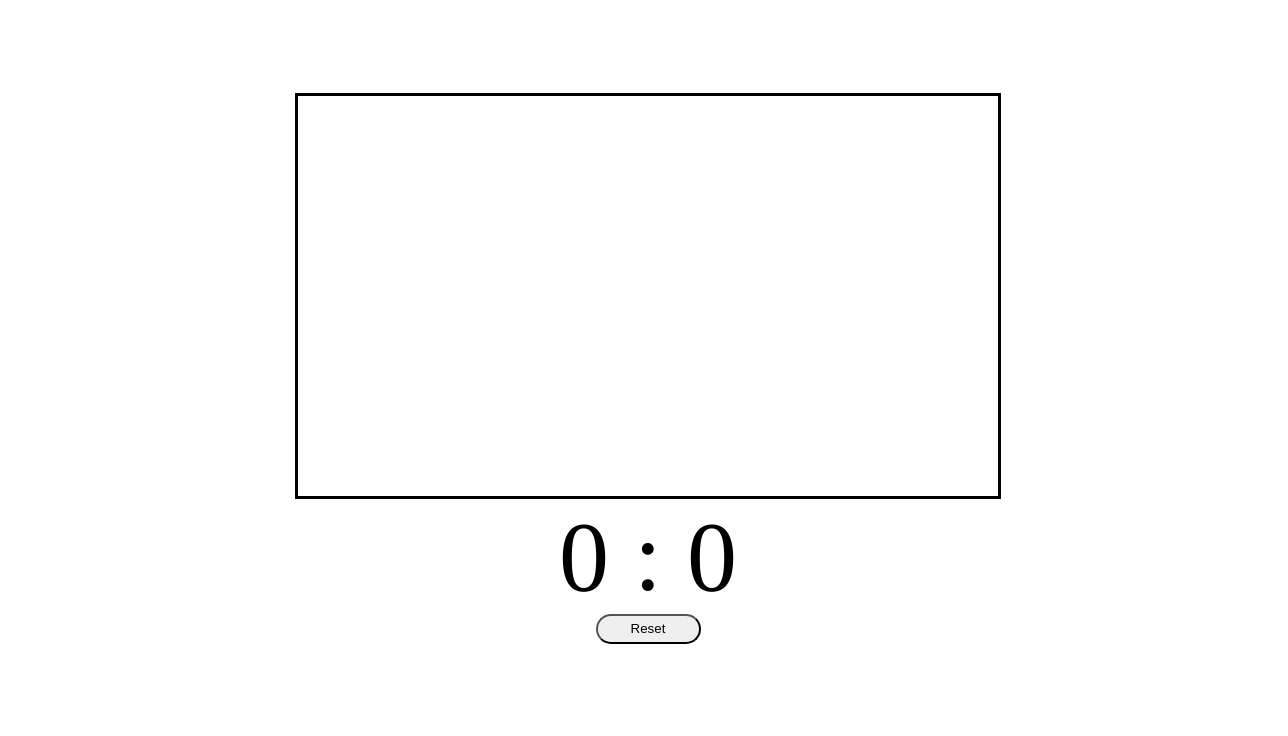
Repository: zacheys123/ping-pong
Page: index.html
The author's editor kept a copy of each file at every save. The page is drawn from the files as they stood at one save, then again after the next save.
The browser window is 1280 px wide. The page is 1288 px wide, so the pictures cover 1288 px, including what lies to the right of the window. The pictures show the whole page.

Above is the page before, as saved 2023-06-30 23:05:04.

### index.html
<html lang="en">
	<head>
		<meta charset="UTF-8" />
		<meta http-equiv="X-UA-Compatible" content="IE=edge" />
		<meta
			name="viewport"
			content="width=device-width, initial-scale=1.0"
		/>
		<title>Ping pong</title>
		<link rel="stylesheet" href="style.css" />
	</head>
	<body>
		<div id="gamecontainer">
			<canvas id="gameboard"></canvas>
			<div id="scoretext">0 : 0</div>
			<button id="resetbutton">Reset</button>
		</div>

		<script src="index.js"></script>
	</body>
</html>

### style.css
body {
	display: flex;
	justify-content: center;
	align-items: center;
	position: relative;
	width: 100vw;
	height: 100vh;
}
#gamecontainer {
	position: absolute;
	width: 100%;
	text-align: center;
}
#gameboard {
	border: 3px solid;
}
#scoretext {
	font-family: 'consolas' cursive;
	font-size: 100px;
}
#resetbutton {
	font-family: 'monospace' cursive;
	border-radius: 15px;
	cursor: pointer;
	width: 105px;
	height: 30px;
}

### index.js
const canvas = document.querySelector('#gameboard');
const ctx = canvas.getContext('2d');
const scoreText = document.querySelector('#scoretext');
canvas.width = 700;
canvas.height = 400;
const gamewidth = canvas.width;
const gameheight = canvas.height;
const resetbutton = document.querySelector('#resetbutton');
const paddle1color = 'lightblue';
const paddle2color = 'red';
const gameColor = 'forestgreen';

After the next save:
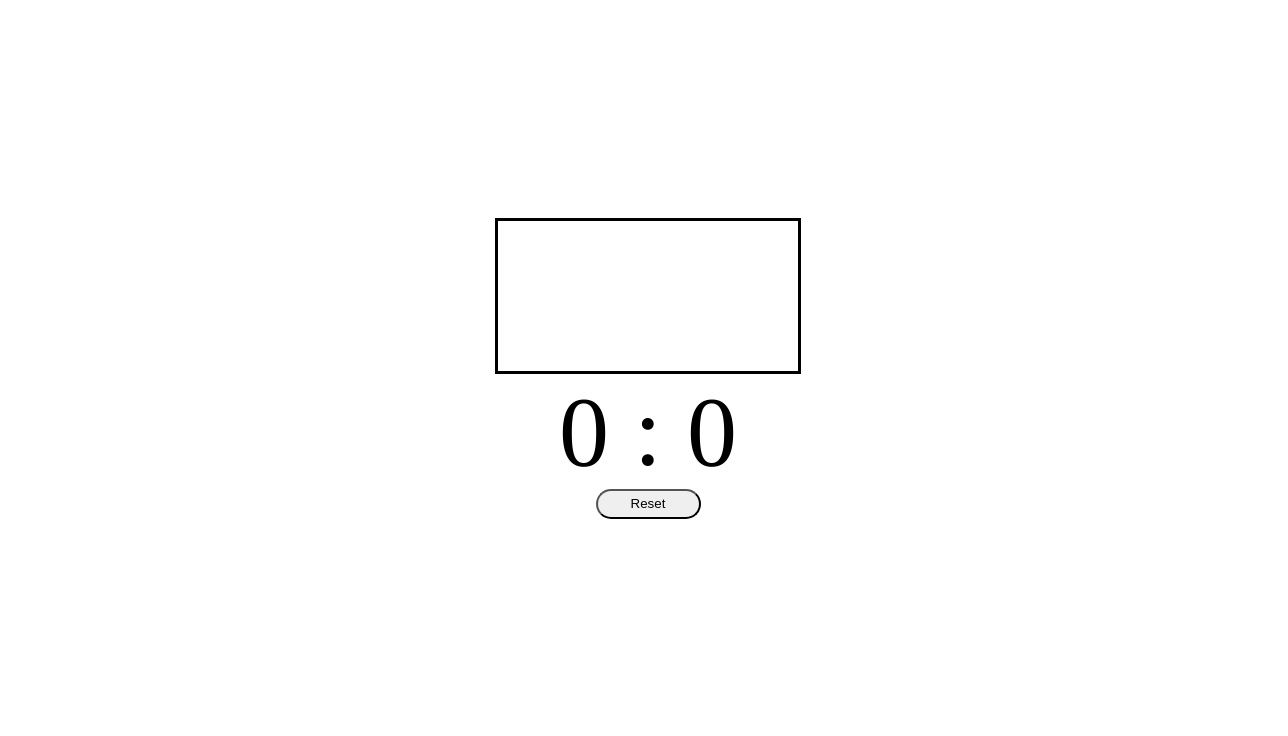
Console error: SyntaxError: Unexpected end of input
Saved 6 min 9 s later.
--- a/index.js
+++ b/index.js
@@ -9,3 +9,4 @@ const resetbutton = document.querySelector('#resetbutton');
 const paddle1color = 'lightblue';
 const paddle2color = 'red';
 const gameColor = 'forestgreen';
+const paddleborder=

After the save that followed:
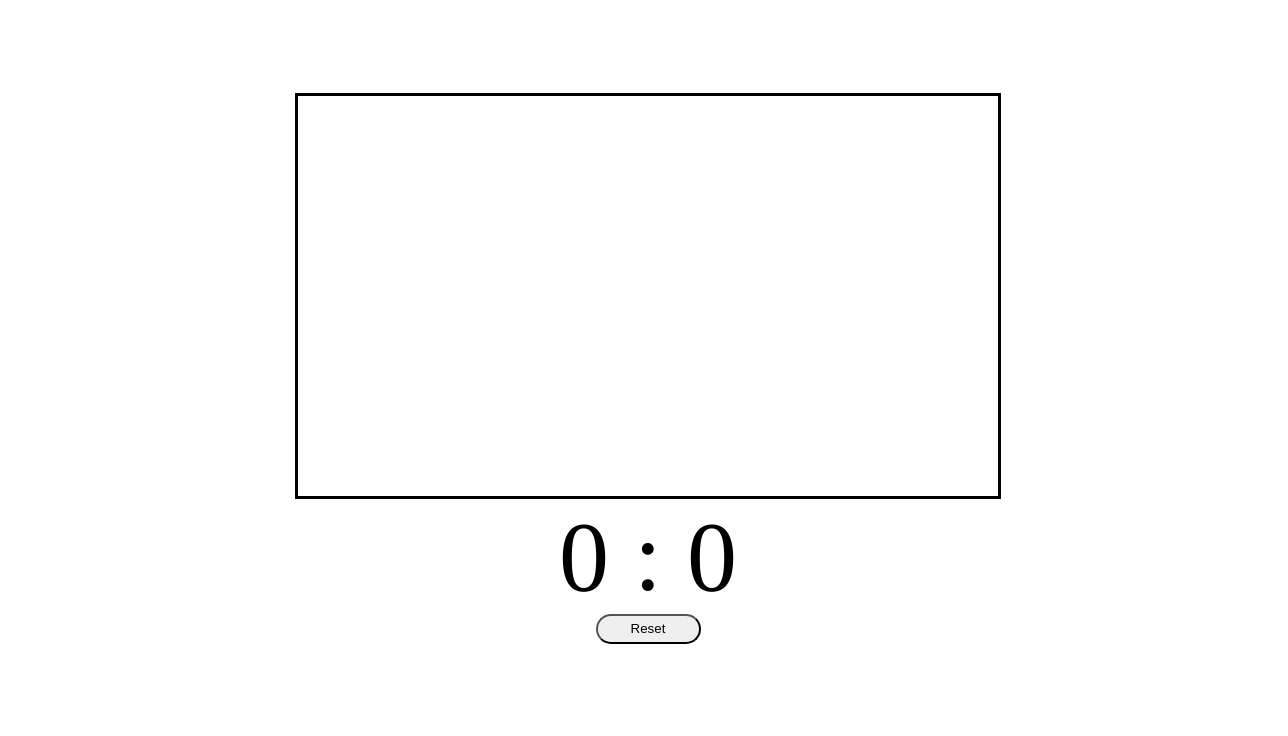
The error is gone.
Saved 113 s later.
--- a/index.js
+++ b/index.js
@@ -9,4 +9,5 @@ const resetbutton = document.querySelector('#resetbutton');
 const paddle1color = 'lightblue';
 const paddle2color = 'red';
 const gameColor = 'forestgreen';
-const paddleborder=
+const paddleborder = 'black';
+const ballcolor = 'yellow';
